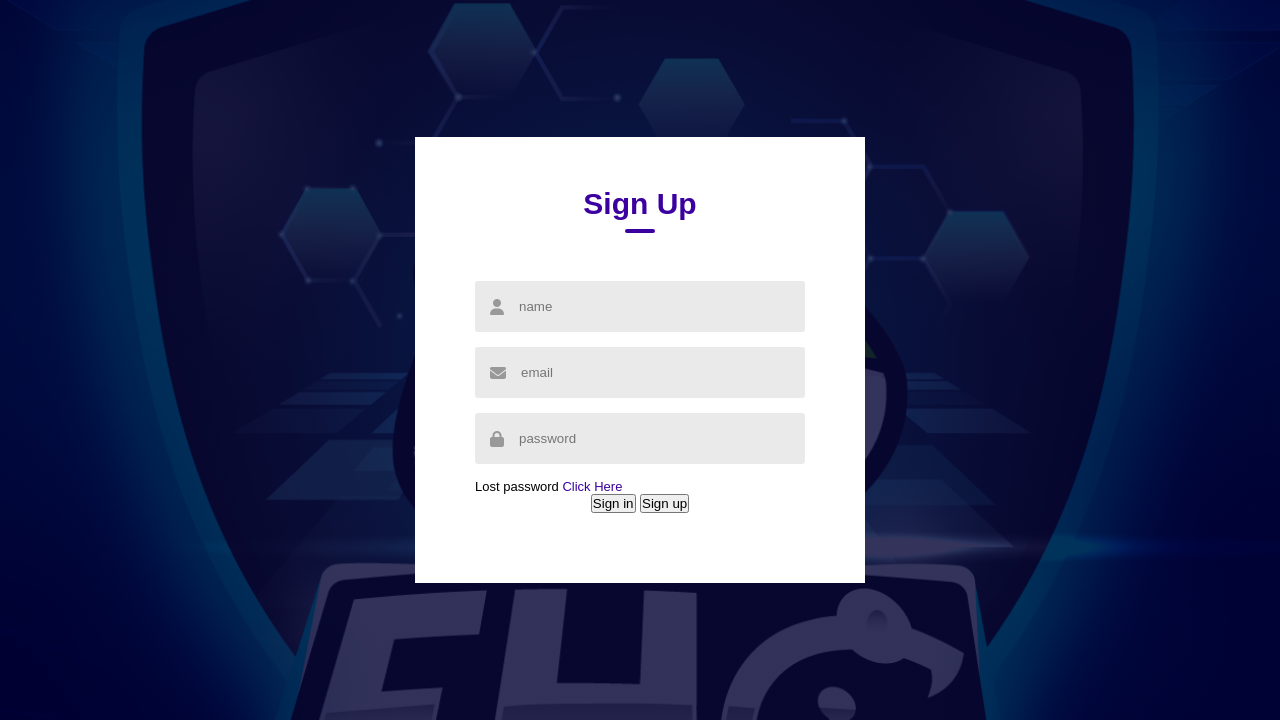
Repository: vietanhlek48/loginProject
Page: index.html
These files come from the project's save history. The page is drawn as it stood at one moment and after the next save; the edit follows.
The browser window is 1280 px wide. The pictures show the whole page.
Some web libraries are served in a nearby version.

Above is the page before, as saved 2023-02-16 00:59:41.

### index.html
<!DOCTYPE html>
<html lang="en">
<head>
    <meta charset="UTF-8">
    <meta http-equiv="X-UA-Compatible" content="IE=edge">
    <meta name="viewport" content="width=device-width, initial-scale=1.0">
    <title>EHC Login Page</title>
    <link rel="stylesheet" href="style.css">
    <script src="https://kit.fontawesome.com/e76348e85f.js" crossorigin="anonymous"></script>
</head>
<body>
    <div class="container">
        <div class="form-box">
            <h1>Sign Up</h1>
            <form>
                <div class="input-group">
                    <div class="input-field">
                        <i class="fa-solid fa-user"></i>
                        <input type="text" placeholder="name">
                    </div>

                    <div class="input-field">
                        <i class="fa-solid fa-envelope"></i>
                        <input type="email" placeholder="email">
                    </div>

                    <div class="input-field">
                        <i class="fa-solid fa-lock"></i>
                        <input type="password" placeholder="password">
                    </div>
                </div>
                <p>Lost password <a href="###">Click Here</a></p>


                <div class="btn-field">
                    <button typpe="button">Sign in</button>
                    <button typpe="button">Sign up</button>
                </div>
            </form>
        </div>

    </div>



</body>
</html>

### style.css
*{
    margin: 0;
    padding: 0;
    font-family: 'Poppins', sans-serif;
    box-sizing: border-box;
}

.container{
    width: 100%;
    height: 100vh;
    background-image: linear-gradient(rgba(0, 0, 50, 0.8), rgba(0, 0, 50, 0.8)), url(background.png);
    background-position: center;
    background-size: cover;
    position: fixed;
}

.form-box{
    width: 90%;
    max-width: 450px;
    position: absolute;
    top: 50%;
    left: 50%;
    transform: translate(-50%, -50%);
    background: #fff;
    padding: 50px 60px 70px;
    text-align: center;
}

.form-box h1{
    font-size: 30px;
    margin-bottom: 60px;
    color: #3c00a0;
    position: relative;
}

.form-box h1::after{
    content: '';
    width: 30px;
    height: 4px;
    border-radius: 3px;
    background: #3c00a0;
    position: absolute;
    bottom: -12px;
    left: 50%;
    transform: translateX(-50%);
}

.input-field{
    background: #eaeaea;
    margin: 15px 0;
    border-radius: 3px;
    display: flex;
    align-items: center;
}

input{
    width: 100px;
    background: transparent;
    border: 0;
    outline: 0;
    padding: 18px 15px;
}

.input-field i{
    margin-left: 15px;
    color: #999;
}

form p{
    text-align: left;
    font-size: 13px;
}

form p a{
    text-decoration: none;
    color: #3c00a0;
}

After the next save:
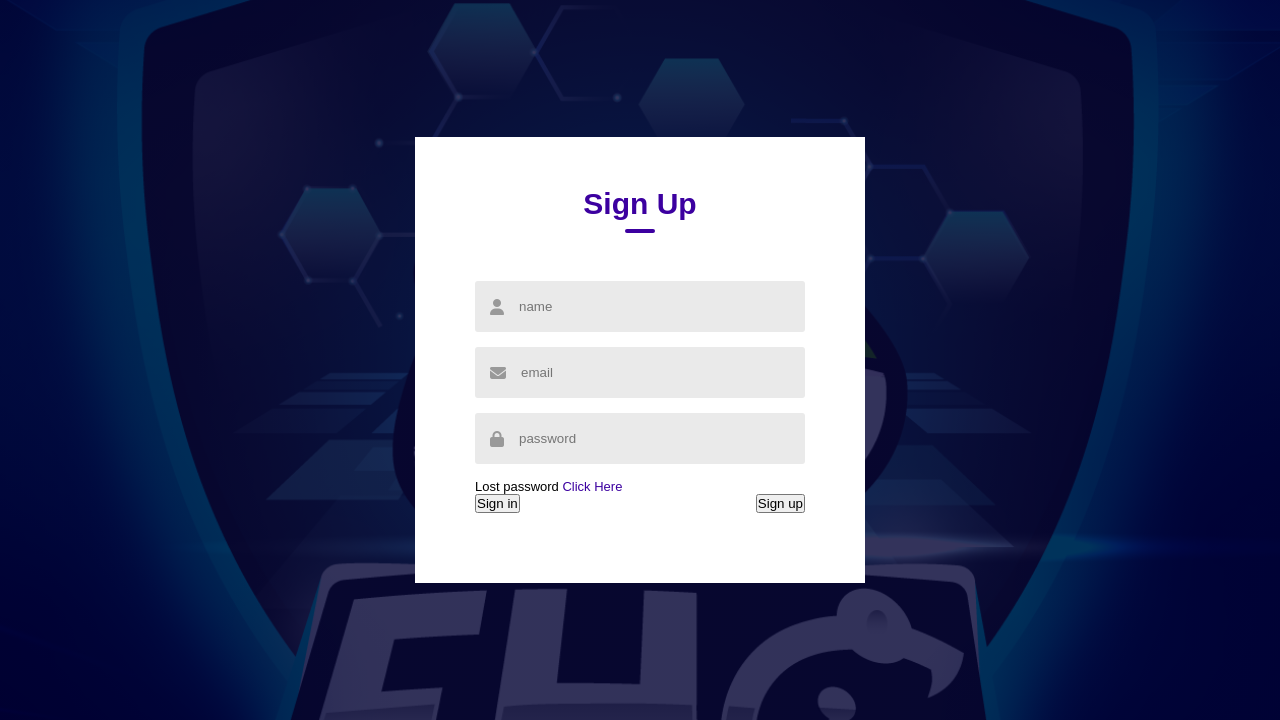
Saved 69 s later.
--- a/style.css
+++ b/style.css
@@ -75,3 +75,11 @@ form p a{
     text-decoration: none;
     color: #3c00a0;
 }
+
+.btn-field{
+    width: 100%;
+    display: flex;
+    justify-content: space-between;
+}
+
+.btn-field button
